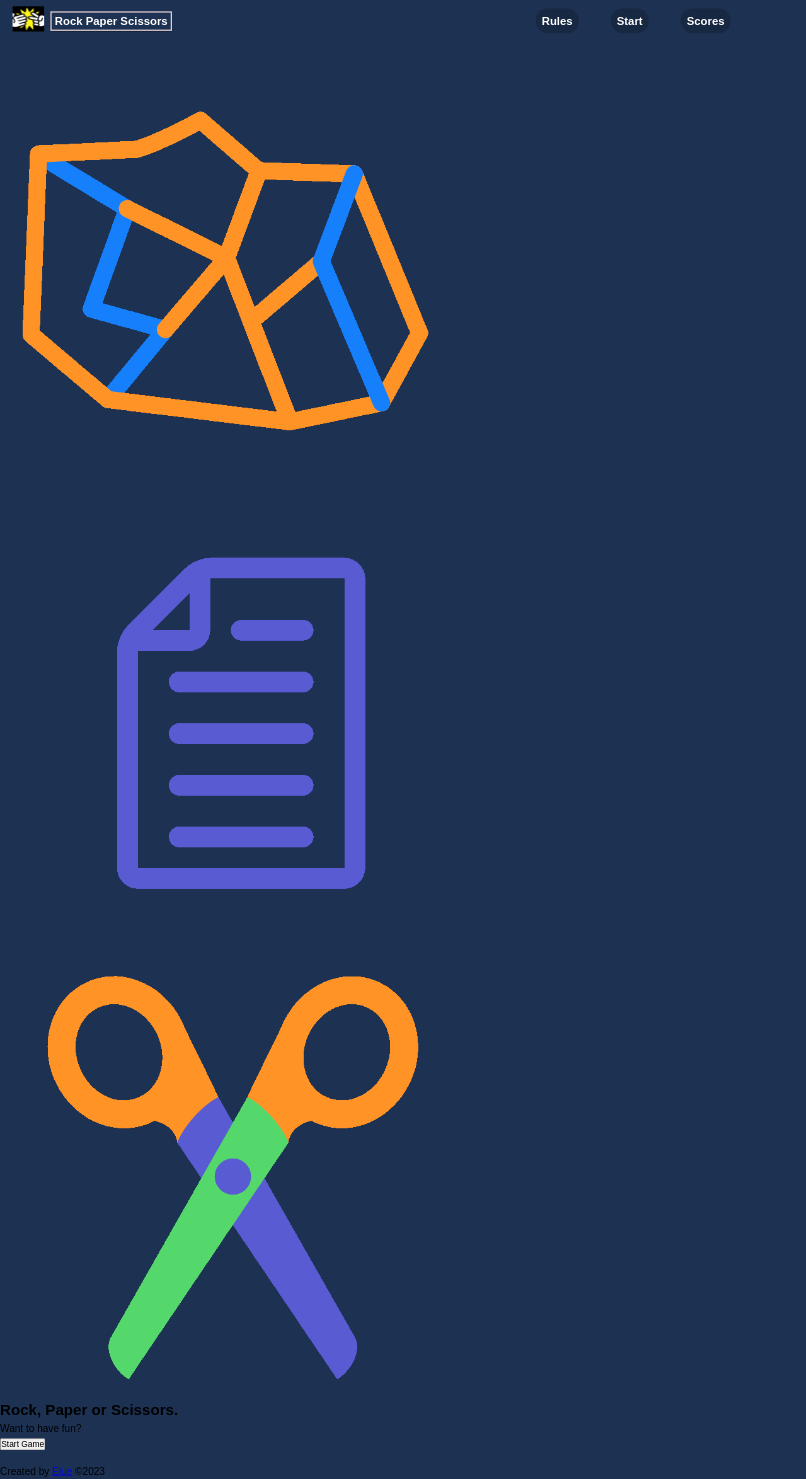
Repository: MikkyPrestige/rock-paper-scissors
Page: index.html
The author's editor kept a copy of each file at every save. The page is drawn from the files as they stood at one save, then again after the next save.
The browser window is 1280 px wide. The pictures show the whole page, at 63% of full size.

Above is the page before, as saved 2023-05-08 04:25:30.

### index.html
<!DOCTYPE html>
<html lang="en">

<head>
  <meta charset="UTF-8">
  <meta http-equiv="X-UA-Compatible" content="IE=edge">
  <meta name="viewport" content="width=device-width, initial-scale=1.0">
  <title>Rock, Paper or Scissors Game</title>
  <link rel="stylesheet" href="./index.css">
  <!-- <script src="./index.js" defer></script> -->
</head>

<body>
  <main>
    <header>
      <figure>
        <a href="/">
          <img src="./img/logo.png" alt="Logo" class="logo">
        </a>
        <figcaption>Rock Paper Scissors</figcaption>
      </figure>
      <nav>
        <ul>
          <li><a href="#">Rules</a></li>
          <li><a href="#">Start</a></li>
          <li><a href="#">Scores</a></li>
        </ul>
      </nav>
    </header>
    <section class="home">
      <div class="images">
        <img src="./img/Rock.gif" alt="Rock image" class="img">
        <img src="./img/Paper.gif" alt="Paper image" class="img">
        <img src="./img/Scissors.gif" alt="Scissors image" class="img">
      </div>
      <div class="content">
        <h1>Rock, Paper or Scissors.</h1>
        <p>Want to have <span>fun?</span></p>
        <button type="submit" class="btn">Start Game</button>
    </section>

    <footer>
      <p>Created by <a href="#" target="_blank">Elue</a> &copy;2023</p>
    </footer>
  </main>
</body>

</html>

### index.css
*,
*::after,
*::before {
  box-sizing: border-box;
  margin: 0;
  padding: 0;
}

html {
  font-size: 62.5%;
}

body {
  font-family: "Fira Sans", sans-serif;
  font-size: 1.6rem;
  line-height: 1.5;
  background: rgba(29, 50, 83, 1);
  width: 100%;
  height: 100%;
}

main {
  display: flex;
  flex-direction: column;
  justify-content: center;
  gap: 2rem;
  height: 100%;
  width: 100%;
}

header {
  display: flex;
  justify-content: space-between;
  align-items: center;
  padding: 1rem 2rem;
  width: 100%;
  height: auto;
}

figure {
  display: flex;
  align-items: center;
  gap: 1rem;
  height: auto;
}

.logo {
  width: 5rem;
  height: 4rem;
}

figcaption {
  font-size: 1.8rem;
  font-weight: 600;
  color: rgba(255, 255, 255, 1);
  border: .2rem solid #E2CECE;
  box-shadow: 0px .2rem .2rem rgba(0, 0, 0, 0.25);
  filter: blur(.1rem);
  -webkit-filter: blur(.1rem);
  padding: 0 .5rem;
}

nav {
  height: auto;
  margin-right: 10rem;
}

ul {
  display: flex;
  justify-content: center;
  align-items: center;
  gap: 5rem;
  list-style: none;
}

li a {
  font-size: 1.8rem;
  font-weight: 600;
  color: rgba(255, 255, 255, 1);
  background: linear-gradient(0deg, rgba(0, 0, 0, 0.2), rgba(0, 0, 0, 0.2)), #1D3253;
  text-decoration: none;
  padding: 1rem;
  border-radius: 2rem;
}

li a:hover {
  background: rgba(255, 255, 255, 1);
  color: rgba(29, 50, 83, 1);
  text-decoration: underline;
}

After the next save:
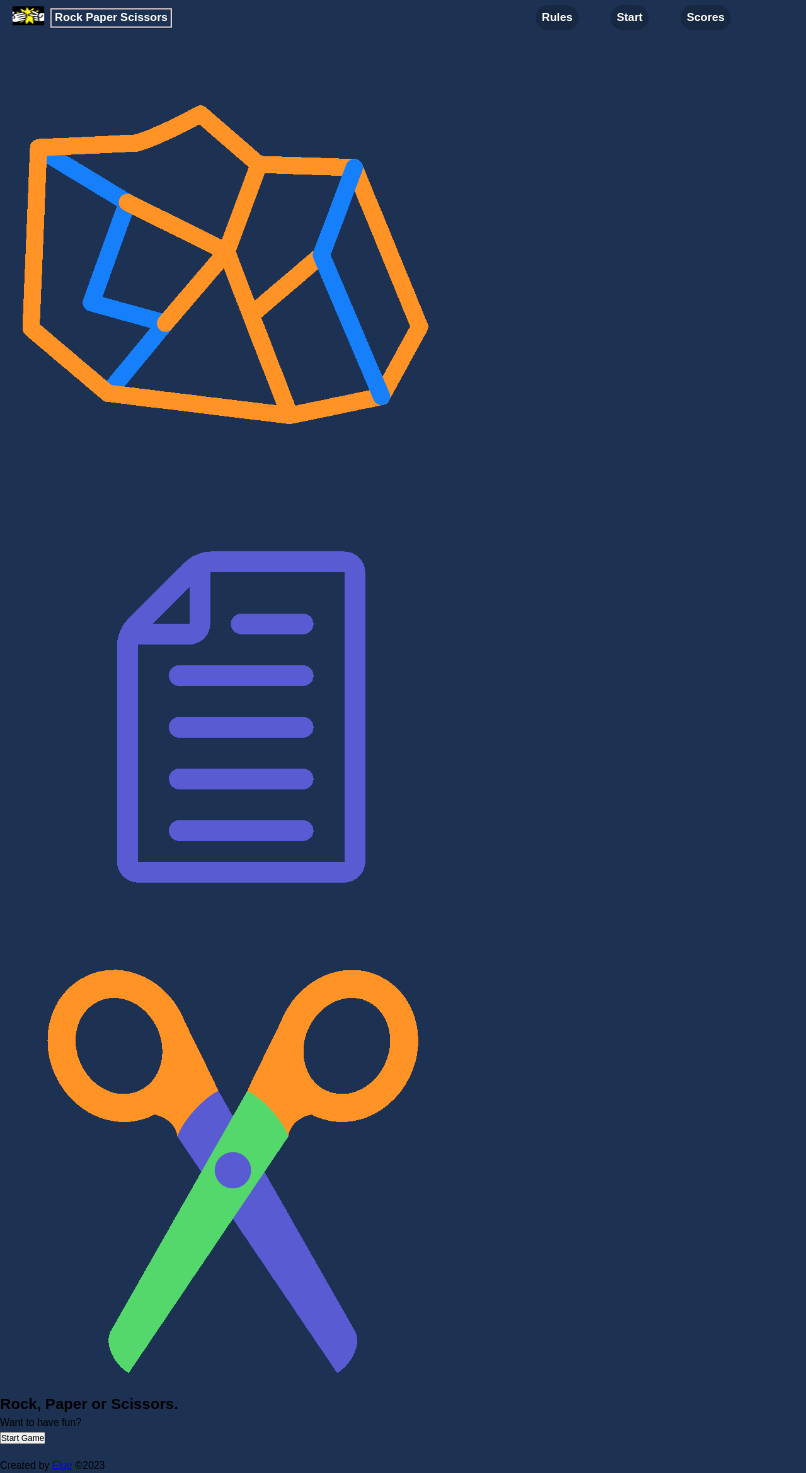
Saved 5 s later.
--- a/index.css
+++ b/index.css
@@ -46,7 +46,7 @@ figure {
 
 .logo {
   width: 5rem;
-  height: 4rem;
+  height: 3rem;
 }
 
 figcaption {
